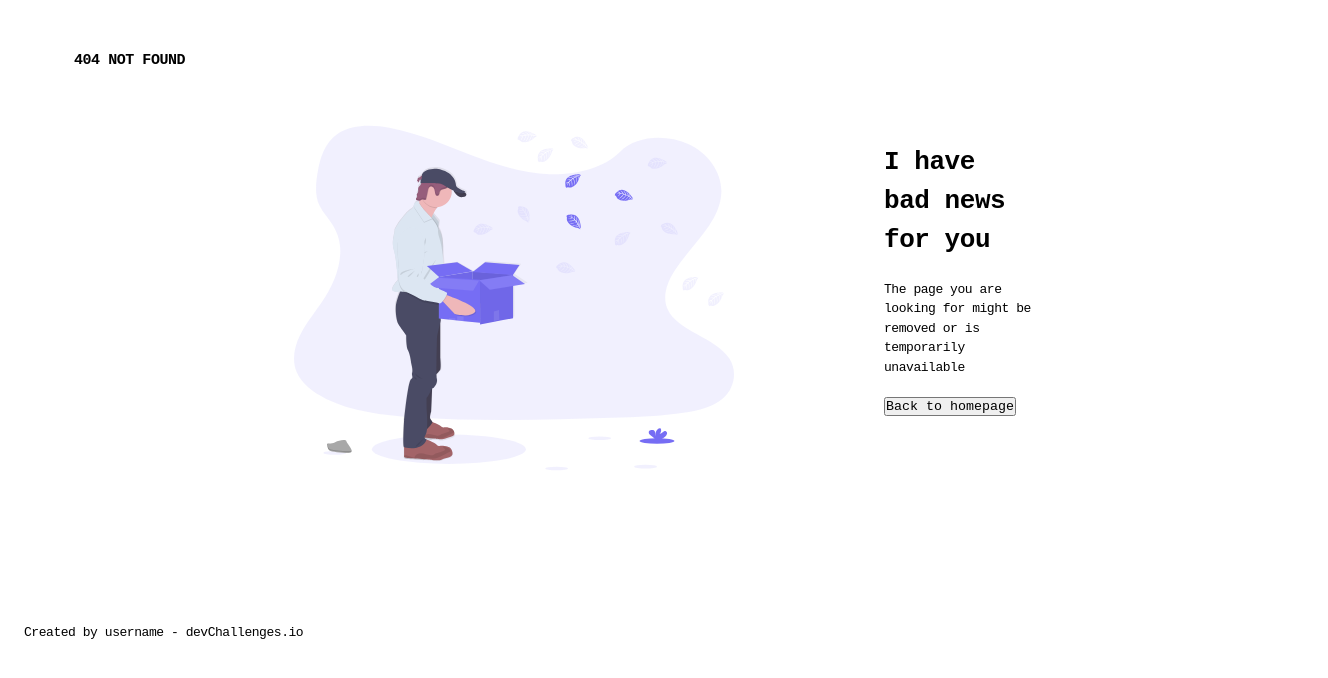
Repository: georgisenze/404-not-found-challeng
Page: index.html
An editor plug-in stored every save of this project. The page is shown before and after a run of saves, followed by the edit.
The browser window is 1280 px wide. The page is 1328 px wide, then 1280 px, so the pictures cover 1328 px, including what lies to the right of the window. The pictures show the whole page.

Above is the page before, as saved 2023-02-21 07:02:29.

After the next 2 saves:
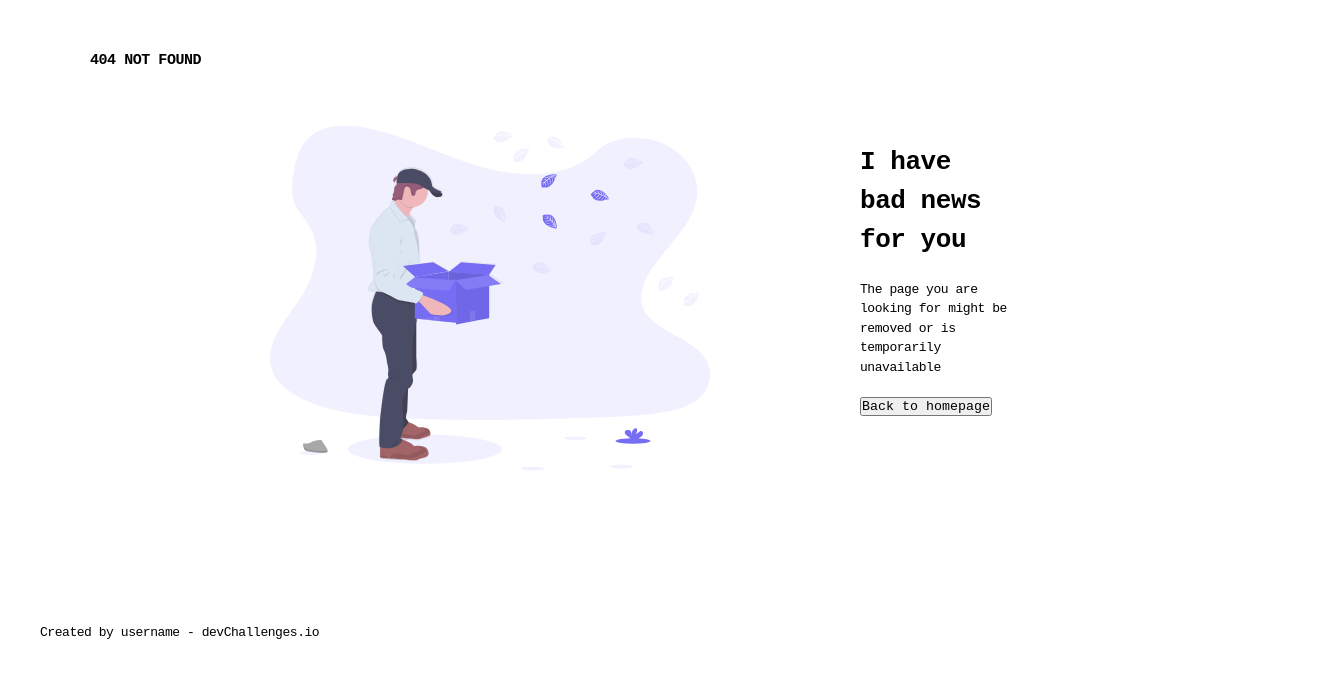
The 2 saves are shown as one change because they came seconds apart.
The last was saved 15 s later.
--- a/assets/css/style.css
+++ b/assets/css/style.css
@@ -10,8 +10,6 @@
     min-height: 100vh;
     margin: 0 auto;
     padding-inline: 24px;
-    min-width: 100%;
-    height: 100%;
     line-height: 1.5;
     letter-spacing: -0.035em;
 }
